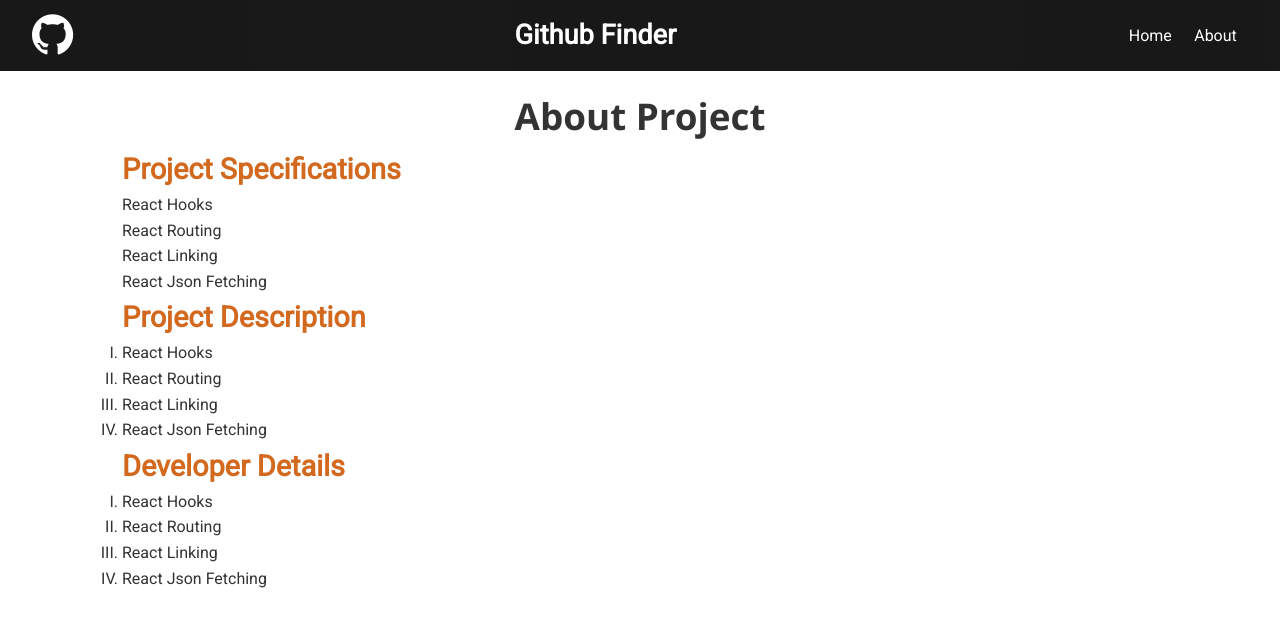
Repository: hemantsaini-7/ReactHooks-GitHub-Clone
Page: /about
An editor plug-in stored every save of this project. The page is shown before and after the next save, followed by the edit.
The browser window is 1280 px wide. The pictures show the whole page.
The project was rebuilt for these pictures with package versions that can differ from the ones it lists, and the page was loaded fresh each time. Also part of the build but not shown: src/components/users/UserItem.js, src/components/layout/Spinner.js, src/components/users/Users.js, src/components/repos/RepoItem.js, src/components/repos/Repos.js, src/components/users/User.js, src/components/users/Search.js, src/components/layout/Alert.js.

Above is the page before, as saved 2020-08-06 10:10:32.

### public/index.html
<!DOCTYPE html>
<html lang="en">
  <head>
    <meta charset="utf-8" />
    <link rel="icon" href="%PUBLIC_URL%/favicon.ico" />
    <meta name="viewport" content="width=device-width, initial-scale=1" />
    <meta name="theme-color" content="#000000" />
    <meta
      name="description"
      content="Web site created using create-react-app"
    />
    <link rel="apple-touch-icon" href="%PUBLIC_URL%/logo192.png" />

    <link rel="manifest" href="%PUBLIC_URL%/manifest.json" />
    <link
      rel="stylesheet"
      href="https://stackpath.bootstrapcdn.com/font-awesome/4.7.0/css/font-awesome.min.css"
    />
    <title>React App</title>
  </head>
  <body>
    <noscript>You need to enable JavaScript to run this app.</noscript>
    <div id="root"></div>
  </body>
</html>

### src/App.js
import React, { Fragment, useState } from "react";
import "./App.css";
import { BrowserRouter as Router, Switch, Route } from "react-router-dom";
import Navbar from "./components/layout/Navbar";
import Users from "./components/users/Users";
import User from "./components/users/User";
import Search from "./components/users/Search";
import Alert from "./components/layout/Alert";
import About from "./components/pages/About";
import axios from "axios";
const App = () => {
  const [users, setUsers] = useState([]);
  const [user, setUser] = useState({});
  const [repos, setRepos] = useState([]);
  const [loading, setLoading] = useState(false);
  const [alert, setAlert] = useState(null);

  const searchUsers = async (text) => {
    //this.setState({ loading: true });
    setLoading(true);
    const res = await axios.get(
      `https://api.github.com/search/users?q=${text}&cliend_id=${process.env.REACT_APP_GITHUB_CLIENT_ID}&client_secret=${process.env.REACT_APP_GITHUB_CLIENT_SECRET}`
    );
    setUsers(res.data.items);
    setLoading(false);
  };

  const clearUsers = () => {
    setUsers([]);
    setLoading(false);
  };

  const showAlert = (msg, type) => {
    //this.setState({ alert: { msg, type } });
    setAlert({ msg, type });
    setTimeout(() => setAlert(null), 5000);
  };

  const getUser = async (username) => {
    setLoading(true);
    const res = await axios.get(
      `https://api.github.com/users/${username}?cliend_id=${process.env.REACT_APP_GITHUB_CLIENT_ID}&client_secret=${process.env.REACT_APP_GITHUB_CLIENT_SECRET}`
    );
    setUser(res.data);
    setLoading(false);
  };

  const getUserRepos = async (username) => {
    setLoading(true);
    const res = await axios.get(
      `https://api.github.com/users/${username}/repos?per_page=5&sort=created:asc&cliend_id=${process.env.REACT_APP_GITHUB_CLIENT_ID}&client_secret=${process.env.REACT_APP_GITHUB_CLIENT_SECRET}`
    );
    setRepos(res.data);
    setLoading(false);
  };

  return (
    <Router>
      <div className='App'>
        <Navbar title='Github Finder' />
        <div className='container'>
          <Alert alert={alert} />
          <Switch>
            <Route
              exact
              path='/'
              render={(props) => (
                <Fragment>
                  <Search
                    searchUsers={searchUsers}
                    clearUsers={clearUsers}
                    showClear={users.length > 0 ? true : false}
                    setAlert={showAlert}
                  />
                  <Users users={users} loading={loading} />
                </Fragment>
              )}
            />
            <Route exact path='/about' component={About} />
            <Route
              exact
              path='/user/:login'
              render={(props) => (
                <User
                  {...props}
                  getUser={getUser}
                  getUserRepos={getUserRepos}
                  repos={repos}
                  user={user}
                  loading={loading}
                />
              )}
            />
          </Switch>
        </div>
      </div>
    </Router>
  );
};

export default App;

### src/App.css
@import url("https://fonts.googleapis.com/css?family=Roboto");

/* Global Styles */
:root {
  --primary-color: #dc3545;
  --dark-color: #333333;
  --light-color: #f4f4f4;
  --danger-color: #dc3545;
  --success-color: #28a745;
}

* {
  box-sizing: border-box;
  margin: 0;
  padding: 0;
}

body {
  font-family: "Roboto", sans-serif;
  font-size: 1rem;
  line-height: 1.6;
  background-color: #fff;
  color: #333;
}

a {
  color: var(--primary-color);
  text-decoration: none;
}

a:hover {
  color: #666;
}

ul {
  list-style: none;
}

img {
  width: 100%;
}

/* Utilities */
.container {
  max-width: 1100px;
  margin: auto;
  overflow: hidden;
  padding: 0 2rem;
}

/* Text Styles*/
.x-large {
  font-size: 4rem;
  line-height: 1.2;
  margin-bottom: 1rem;
}

.large {
  font-size: 3rem;
  line-height: 1.2;
  margin-bottom: 1rem;
}

.lead {
  font-size: 1.5rem;
  margin-bottom: 1rem;
}

.text-center {
  text-align: center;
}

.text-primary {
  color: var(--primary-color);
}

.text-dark {
  color: var(--dark-color);
}

.text-success {
  color: var(--success-color);
}

.text-danger {
  color: var(--danger-color);
}

.text-center {
  text-align: center;
}

.text-right {
  text-align: right;
}

.text-left {
  text-align: left;
}

/* Center All */
.all-center {
  display: flex;
  flex-direction: column;
  width: 100%;
  margin: auto;
  justify-content: center;
  align-items: center;
  text-align: center;
}

/* Cards */
.card {
  padding: 1rem;
  border: #ccc 1px dotted;
  margin: 0.7rem 0;
}

/* List */
.list {
  margin: 0.5rem 0;
}

.list li {
  padding-bottom: 0.3rem;
}

/* Padding */
.p {
  padding: 0.5rem;
}
.p-1 {
  padding: 1rem;
}
.p-2 {
  padding: 2rem;
}
.p-3 {
  padding: 3rem;
}
.py {
  padding: 0.5rem 0;
}
.py-1 {
  padding: 1rem 0;
}
.py-2 {
  padding: 2rem 0;
}
.py-3 {
  padding: 3rem 0;
}

/* Margin */
.m {
  margin: 0.5rem;
}
.m-1 {
  margin: 1rem;
}
.m-2 {
  margin: 2rem;
}
.m-3 {
  margin: 3rem;
}
.my {
  margin: 0.5rem 0;
}
.my-1 {
  margin: 1rem 0;
}
.my-2 {
  margin: 2rem 0;
}
.my-3 {
  margin: 3rem 0;
}

/* Grid */
.grid-2 {
  display: grid;
  grid-template-columns: repeat(2, 1fr);
  grid-gap: 1rem;
}

.grid-3 {
  display: grid;
  grid-template-columns: repeat(3, 1fr);
  grid-gap: 1rem;
}

.grid-4 {
  display: grid;
  grid-template-columns: repeat(4, 1fr);
  grid-gap: 1rem;
}

.btn {
  display: inline-block;
  background: var(--light-color);
  color: #333;
  padding: 0.4rem 1.3rem;
  font-size: 1rem;
  border: none;
  cursor: pointer;
  margin-right: 0.5rem;
  transition: opacity 0.2s ease-in;
  outline: none;
}

.btn-link {
  background: none;
  padding: 0;
  margin: 0;
}

.btn-block {
  display: block;
  width: 100%;
}

.btn-sm {
  font-size: 0.8rem;
  padding: 0.3rem 1rem;
  margin-right: 0.2rem;
}

.badge {
  display: inline-block;
  font-size: 0.8rem;
  padding: 0.2rem 0.7rem;
  text-align: center;
  margin: 0.3rem;
  background: var(--light-color);
  color: #333;
  border-radius: 5px;
}

.alert {
  padding: 0.7rem;
  margin: 1rem 0;
  opacity: 0.9;
  background: var(--light-color);
  color: #333;
}

.btn-primary,
.bg-primary,
.badge-primary,
.alert-primary {
  background: var(--primary-color);
  color: #fff;
}

.btn-light,
.bg-light,
.badge-light,
.alert-light {
  background: var(--light-color);
  color: #333;
}

.btn-dark,
.bg-dark,
.badge-dark,
.alert-dark {
  background: var(--dark-color);
  color: #fff;
}

.btn-danger,
.bg-danger,
.badge-danger,
.alert-danger {
  background: var(--danger-color);
  color: #fff;
}

.btn-success,
.bg-success,
.badge-success,
.alert-success {
  background: var(--success-color);
  color: #fff;
}

.btn-white,
.bg-white,
.badge-white,
.alert-white {
  background: #fff;
  color: #333;
  border: #ccc solid 1px;
}

.btn:hover {
  opacity: 0.8;
}

.bg-light,
.badge-light {
  border: #ccc solid 1px;
}

.round-img {
  border-radius: 50%;
}

/* Forms */
input {
  margin: 1.2rem 0;
}

.form-text {
  display: block;
  margin-top: 0.3rem;
  color: #888;
}

input[type="text"],
input[type="email"],
input[type="password"],
input[type="date"],
select,
textarea {
  display: block;
  width: 100%;
  padding: 0.4rem;
  font-size: 1.2rem;
  border: 1px solid #ccc;
}

input[type="submit"],
button {
  font: inherit;
}

table th,
table td {
  padding: 1rem;
  text-align: left;
}

table th {
  background: var(--light-color);
}

/* Navbar */
.navbar {
  display: flex;
  justify-content: space-between;
  align-items: center;
  padding: 0.7rem 2rem;
  z-index: 1;
  width: 100%;
  opacity: 0.9;
  margin-bottom: 1rem;
}

.navbar ul {
  display: flex;
}

.navbar a {
  color: #fff;
  padding: 0.45rem;
  margin: 0 0.25rem;
}

.navbar a:hover {
  color: var(--light-color);
}

.navbar .welcome span {
  margin-right: 0.6rem;
}
.bg-black {
  background: #000;
  color: #fff;
}
.nav-head {
  font-size: 1.7rem;
  /* margin-left: 100px; */
}
.s-field {
  border-radius: 10px;
  box-shadow: inset 0px 0px 10px #ccc;
}
.s-field:focus {
  outline: none;
}
.about-head {
  text-align: center;
  font-weight: bold;
  font-size: 2.3rem;
  font-family: "Segoe UI", Tahoma, Geneva, Verdana, sans-serif;
}
.content-head {
  font-weight: bold;
  font-size: 1.8rem;
  color: chocolate;
}
/* Mobile Styles */
@media (max-width: 700px) {
  .hide-sm {
    display: none;
  }

  .grid-2,
  .grid-3,
  .grid-4 {
    grid-template-columns: 1fr;
  }

  /* Text Styles */
  .x-large {
    font-size: 3rem;
  }

  .large {
    font-size: 2rem;
  }

  .lead {
    font-size: 1rem;
  }

  /* Navbar */
  .navbar {
    display: block;
    text-align: center;
  }

  .navbar ul {
    text-align: center;
    justify-content: center;
  }
}

### src/components/layout/Navbar.js
import React from "react";
import { Link } from "react-router-dom";
function Navbar(props) {
  return (
    <nav className='navbar bg-black '>
      <span>
        <i className='fa fa-github fa-3x'></i>
      </span>
      <h3 className='nav-head'>{props.title}</h3>
      <ul>
        <li>
          <Link to='/'>Home</Link>
        </li>
        <li>
          <Link to='/about'>About</Link>
        </li>
      </ul>
    </nav>
  );
}

export default Navbar;

### src/components/pages/About.js
import React from "react";

const About = () => {
  return (
    <div className='about-div'>
      <h1 className='about-head'>About Project</h1>
      <div className='content-div'>
        <h1 className='content-head'>Project Specifications</h1>
        <ul>
          <li>React Hooks</li>
          <li>React Routing</li>
          <li>React Linking</li>
          <li>React Json Fetching</li>
        </ul>
      </div>
      <div className='content-div'>
        <h1 className='content-head'>Project Description</h1>
        <ol type='I'>
          <li>React Hooks</li>
          <li>React Routing</li>
          <li>React Linking</li>
          <li>React Json Fetching</li>
        </ol>
      </div>
      <div className='content-div'>
        <h1 className='content-head'>Developer Details</h1>
        <ol type='I'>
          <li>React Hooks</li>
          <li>React Routing</li>
          <li>React Linking</li>
          <li>React Json Fetching</li>
        </ol>
      </div>
    </div>
  );
};
export default About;

Loaded but not shown: src/index.js (common file)

After the next save:
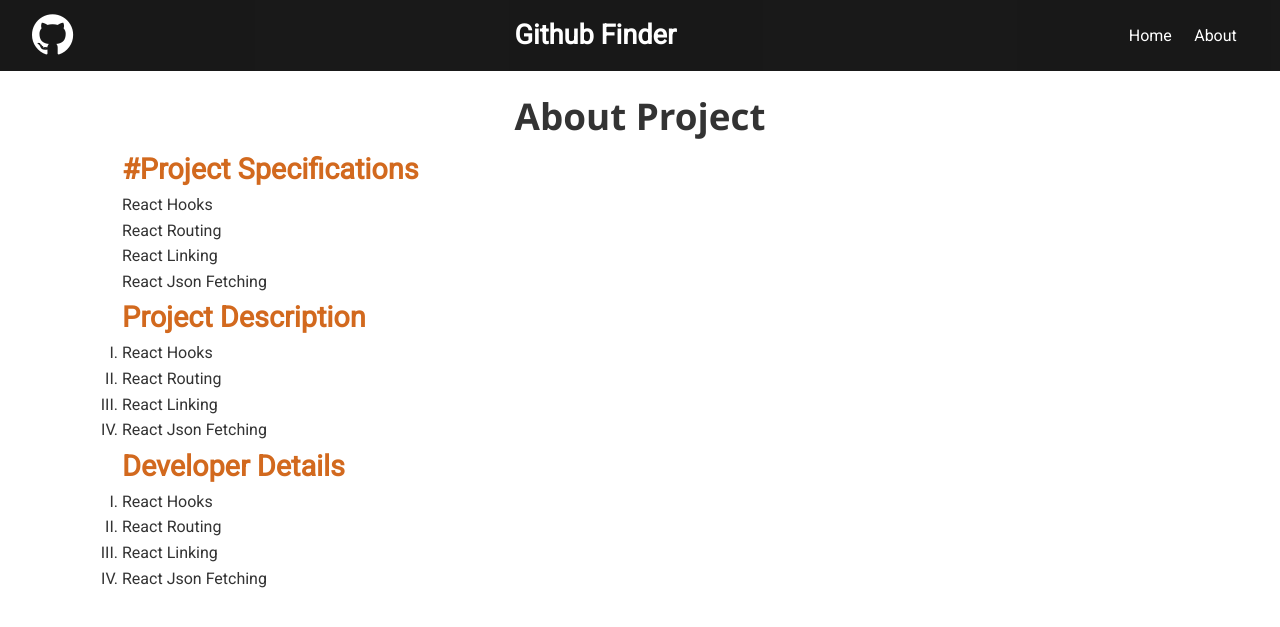
Saved 22 s later.
--- a/src/components/pages/About.js
+++ b/src/components/pages/About.js
@@ -5,7 +5,7 @@
     <div className='about-div'>
       <h1 className='about-head'>About Project</h1>
       <div className='content-div'>
-        <h1 className='content-head'>Project Specifications</h1>
+        <h1 className='content-head'>#Project Specifications</h1>
         <ul>
           <li>React Hooks</li>
           <li>React Routing</li>
